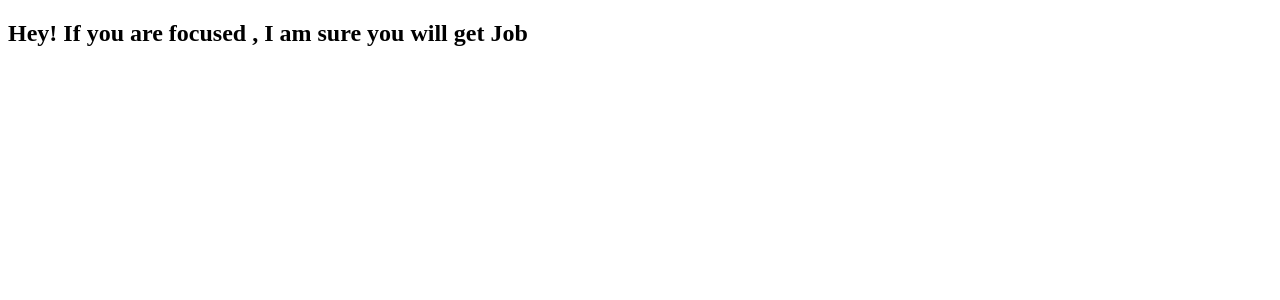
Repository: naveenudutha/Spring-MVC
Page: http://localhost/ContextPathSpringMVC2/views/telusko.jsp
These files come from the project's save history. The page is drawn as it stood at one moment and after the next save; the edit follows.
The browser window is 1280 px wide. The pictures show the whole page.
The page is served by Tomcat 9. Other server files are loaded and not shown.

Above is the page before, as saved 2024-01-29 13:24:31.

### ContextPathSpringMVC2/src/main/webapp/views/telusko.jsp
<%@ page language="java" contentType="text/html; charset=ISO-8859-1"
    pageEncoding="ISO-8859-1"%>
<!DOCTYPE html>
<html>
<head>
<meta charset="ISO-8859-1">
<title>Insert title here</title>
</head>
<body>
<h2>Hey!${message} If you are focused , I am sure you will get Job</h2>
</body>
</html>

After the next save:
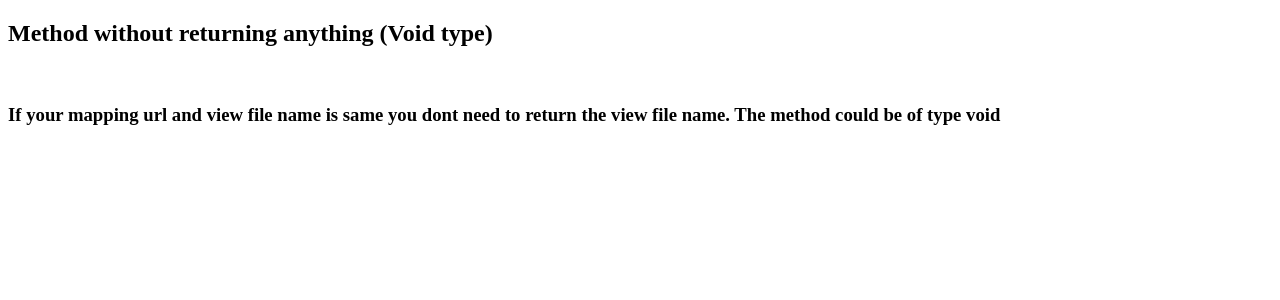
Saved 2 min 7 s later.
--- a/ContextPathSpringMVC2/src/main/webapp/views/telusko.jsp
+++ b/ContextPathSpringMVC2/src/main/webapp/views/telusko.jsp
@@ -7,6 +7,7 @@
 <title>Insert title here</title>
 </head>
 <body>
-<h2>Hey!${message} If you are focused , I am sure you will get Job</h2>
+<h2>Method without returning anything (Void type)</h2><br>
+<h3>If your mapping url and view file name is same you dont need to return the view file name. The method could be of type void</h3>
 </body>
 </html>
